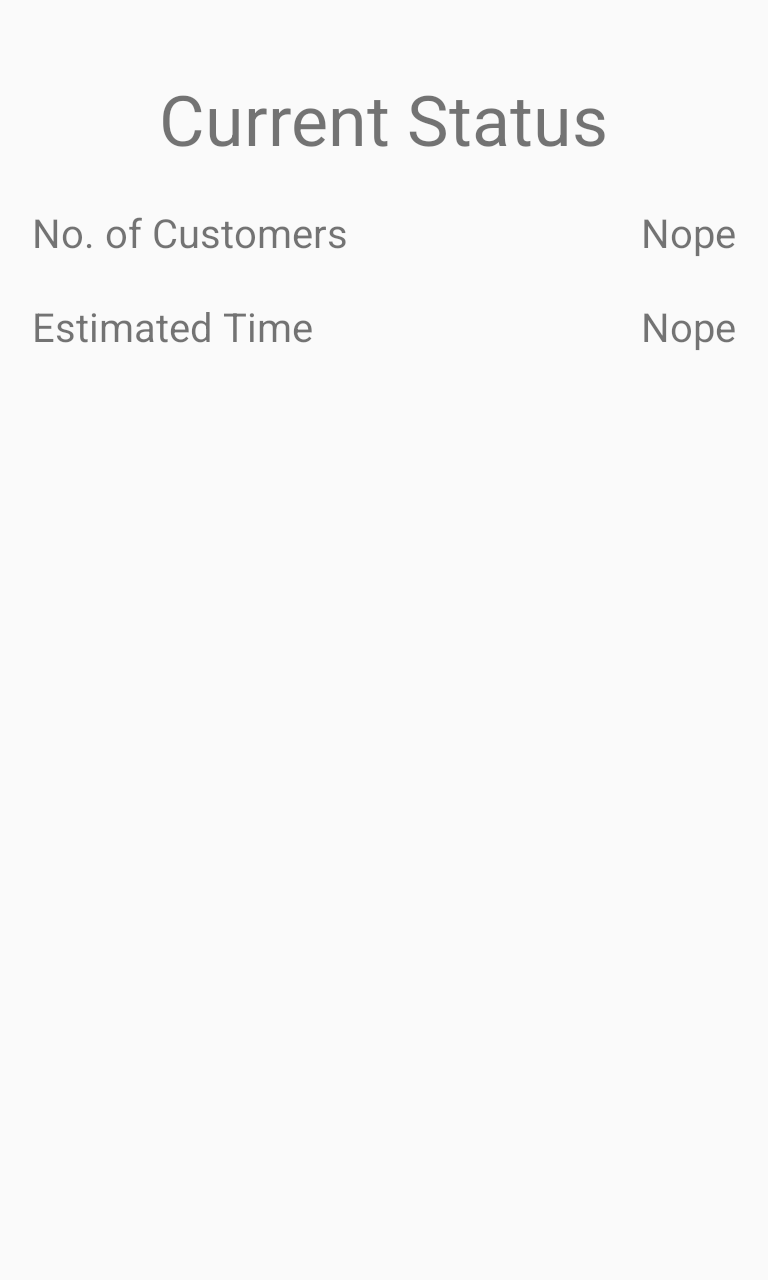
Repository: ag-chirag/brainwaves_enigma
Layout: mobile/Brainwaves/QLess/res/layout/activity_status.xml
The author's editor kept a copy of each file at every save. The layout is drawn from the files as they stood at one save, then again after the next save.
It is drawn on a 768 x 1280 px phone screen (xhdpi) without system bars, with theme AppTheme; the app's code is not run.

Above is the layout before, as saved 2014-11-08 17:56:33.

### mobile/Brainwaves/QLess/res/layout/activity_status.xml
<RelativeLayout xmlns:android="http://schemas.android.com/apk/res/android"
    xmlns:tools="http://schemas.android.com/tools"
    android:layout_width="match_parent"
    android:layout_height="match_parent"
    android:paddingBottom="@dimen/activity_vertical_margin"
    android:paddingLeft="@dimen/activity_horizontal_margin"
    android:paddingRight="@dimen/activity_horizontal_margin"
    android:paddingTop="@dimen/activity_vertical_margin"
    tools:context="com.example.qless.StatusActivity" >

    <TextView
       	android:layout_width="wrap_content"
       	android:layout_height="wrap_content"
       	android:id="@+id/textview1"
       	android:text="Current Status"
       	android:layout_marginTop="20dp"
       	android:layout_centerHorizontal="true"
        android:textSize="35sp"
        />

    <TextView
       	android:layout_width="wrap_content"
       	android:layout_height="wrap_content"
       	android:id="@+id/textview2"
       	android:text="No. of Customers"
       	android:layout_below="@+id/textview1"
       	android:layout_marginTop="20dp"
       	android:gravity="left"
        android:textSize="20sp"
        />

    <TextView
        android:layout_width="wrap_content"
        android:layout_height="wrap_content"
        android:id="@+id/customer_number"
        android:text="Nope"
        android:layout_below="@+id/textview1"
        android:layout_alignParentRight="true"
        android:layout_marginTop="20dp"
        android:gravity="right"
        android:textSize="20sp"
        />

    <TextView
       	android:layout_width="wrap_content"
       	android:layout_height="wrap_content"
       	android:id="@+id/textview3"
       	android:text="Estimated Time"
       	android:layout_below="@+id/textview2"
       	android:layout_marginTop="20dp"
       	android:gravity="left"
        android:textSize="20sp"
        />

    <TextView
        android:layout_width="wrap_content"
        android:layout_height="wrap_content"
        android:id="@+id/time_left"
        android:text="Nope"
        android:layout_below="@+id/textview2"
        android:layout_alignParentRight="true"
        android:layout_marginTop="20dp"
        android:gravity="right"
        android:textSize="20sp"
        />

</RelativeLayout>

Loaded but not shown: mobile/Brainwaves/QLess/res/values/styles.xml (common file); mobile/Brainwaves/QLess/res/values-v11/styles.xml (common file); mobile/Brainwaves/QLess/res/values-v14/styles.xml (common file); mobile/Brainwaves/QLess/res/values/dimens.xml (common file); mobile/Brainwaves/QLess/res/values-w820dp/dimens.xml (common file)

After the next save:
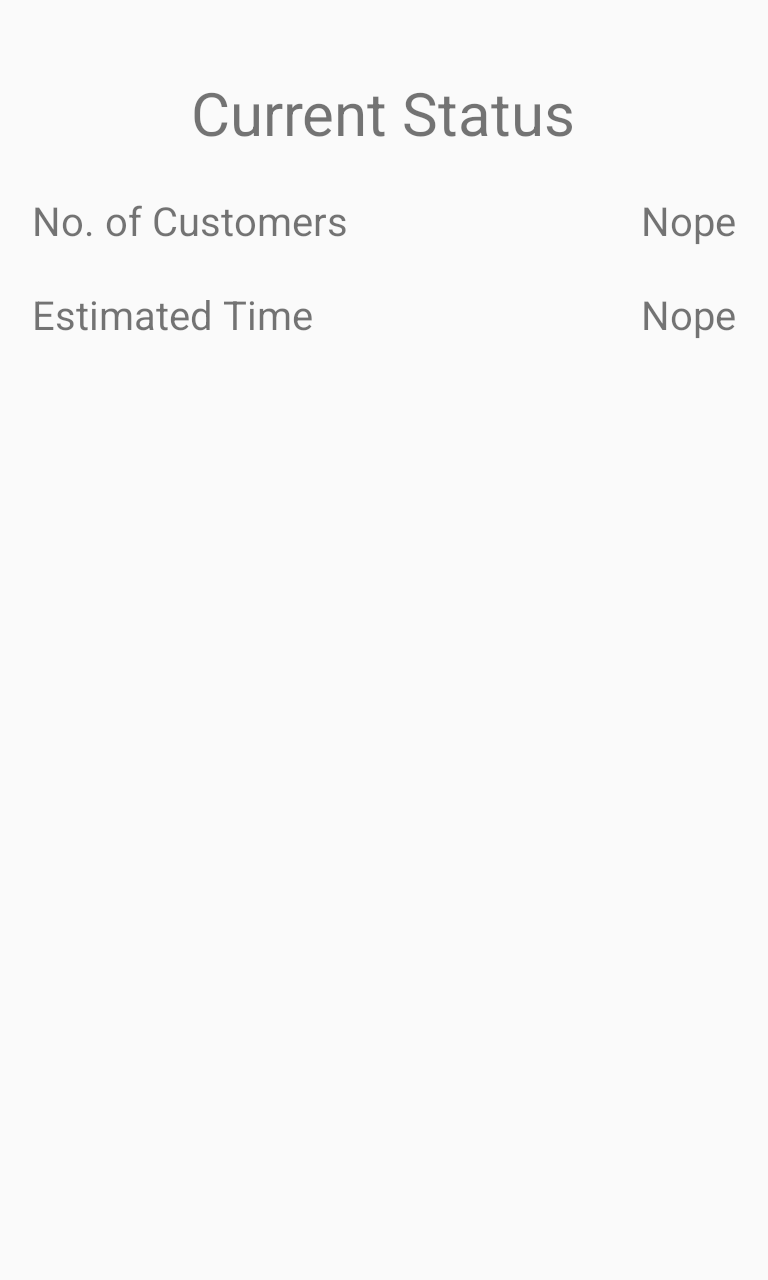
Saved 2 min 0 s later.
--- a/mobile/Brainwaves/QLess/res/layout/activity_status.xml
+++ b/mobile/Brainwaves/QLess/res/layout/activity_status.xml
@@ -15,7 +15,7 @@
        	android:text="Current Status"
        	android:layout_marginTop="20dp"
        	android:layout_centerHorizontal="true"
-        android:textSize="35sp"
+        android:textSize="30sp"
         />
 
     <TextView
